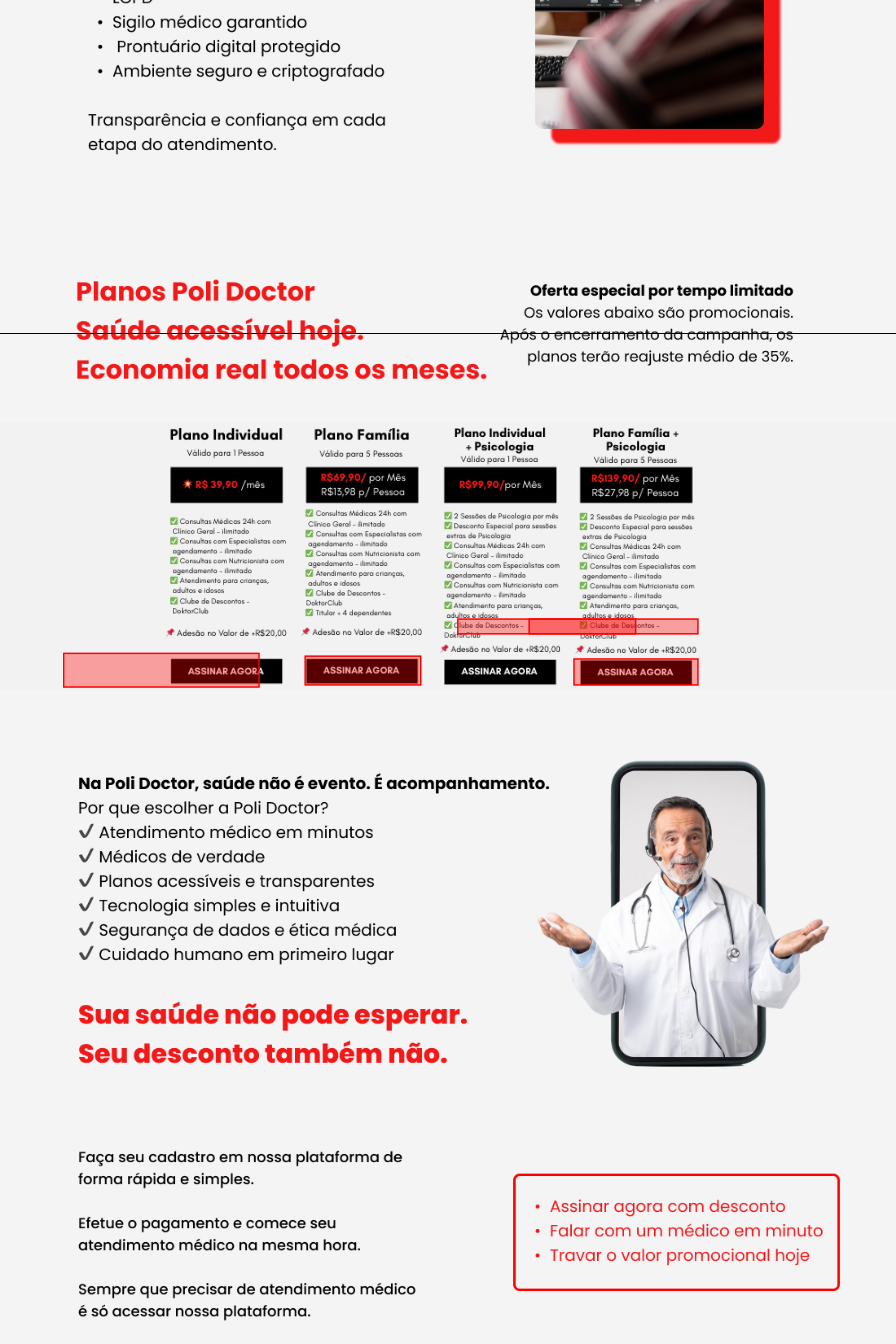
Repository: RenSkywalker/poli-doctor-landing
Page: index.html
These files come from the project's save history. The page is drawn as it stood at one moment and after the next save; the edit follows.
The browser window is 1280 px wide. The pictures show the part of the page from y = 2428 to 4348 px (the page is 4773 px tall), at 70% of full size.

Above is the page before, as saved 2026-02-13 23:42:09.

### index.html
<!DOCTYPE html>
<html lang="pt-BR">
<head>
  <meta charset="UTF-8">

  <title>Polidoctor | Telemedicina 24 horas - Sua consulta médica onde estiver</title>

  <meta name="description" content="Consulte agora mesmo e receba o que precisar direto no seu email ou WhatsApp. Consultas 24h rápidas, seguras, sem carência e sem filas. Atendimento médico online imediato.">

  <meta name="keywords" content="telemedicina 24h, consulta médica online, médico online, psicologia online, receita digital, plano de saúde digital, atendimento médico imediato">

  <meta name="author" content="Poli Doctor">
  <meta name="robots" content="index, follow">
  <meta name="viewport" content="width=device-width, initial-scale=1.0">

  <link rel="canonical" href="https://seudominio.com.br/">

  <!-- Open Graph -->
  <meta property="og:type" content="website">
  <meta property="og:title" content="Poli Doctor | Telemedicina 24h e Planos de Saúde Digital">
  <meta property="og:description" content="Consulta médica online 24h, receitas digitais e planos com psicologia. Atendimento rápido e seguro.">
  <meta property="og:image" content="https://seudominio.com.br/assets/images/og-image.jpg">
  <meta property="og:url" content="https://seudominio.com.br/">

  <!-- Twitter -->
  <meta name="twitter:card" content="summary_large_image">
  <meta name="twitter:title" content="Poli Doctor | Telemedicina 24h">
  <meta name="twitter:description" content="Consulta médica online 24h com receitas digitais e planos com psicologia.">
  <meta name="twitter:image" content="https://seudominio.com.br/assets/images/og-image.jpg">

  <link rel="icon" href="favicon.ico">
  <link rel="stylesheet" href="css/style.css">
</head>

<body>

<!-- SEO CONTENT -->
<section style="position:absolute; left:-9999px; width:1px; height:1px; overflow:hidden;">

<h1>Polidoctor | Telemedicina 24 horas</h1>

<h2>Consulta médica online sem filas e sem burocracia</h2>

<p>
Consulte agora mesmo e receba o que precisar direto no seu email ou WhatsApp.
Consultas 24h de forma rápida, segura, sem carência e sem filas.
Seja atendido agora mesmo por um médico. Atendimento Médico 24h.
Pronto atendimento online.
</p>

<p>
A Poli Doctor oferece atendimento médico online 24h, com emissão de receitas digitais,
atestados e encaminhamentos. Ideal para quem busca telemedicina rápida e segura.
</p>

<h2>Planos com psicologia e atendimento familiar</h2>
<p>
Planos individuais, premium e familiares com cobertura médica digital,
atendimento psicológico, consultas ilimitadas e ativação rápida.
</p>

<h2>Atendimento médico imediato por WhatsApp</h2>
<p>
Contrate seu plano de telemedicina e tenha acesso a médicos qualificados
com suporte digital completo.
</p>

</section>

<!-- HERO -->
<header class="hero">
  <div class="container hero-wrapper">

    <!-- BOTÕES NO HERO -->
    <div class="hero-top-buttons">
      <a href="https://telemedicina.clubedoktormed.com.br/login"
         target="_blank"
         class="hero-btn telemedicina">
         TELEMEDICINA
      </a>

      <a href="https://clubedoktormed.com.br/portal/cadastro-clubes?id_clube=410&page=convenios"
         target="_blank"
         class="hero-btn clube">
         CLUBE DE VANTAGENS
      </a>
    </div>

    <picture>
      <source srcset="assets/images/mobile/hero.png" media="(max-width: 768px)">
      <img src="assets/images/blocos/hero.jpeg"
           alt="Consultas médicas 24h por dia sem sair de casa"
           class="img-bloco">
    </picture>

    <a href="https://wa.me/5511949785121?text=Ol%C3%A1%20Polidoctor%2C%20quero%20contratar%20um%20plano.%20Pode%20me%20auxiliar%20com%20as%20op%C3%A7%C3%B5es%3F"
   target="_blank"
   class="hero-btn-link"
   aria-label="Contratar agora via WhatsApp">
</a>

  </div>
</header>

<!-- HEADLINE -->
<section>
  <div class="container">
    <picture>
      <source srcset="assets/images/mobile/headline.png" media="(max-width: 768px)">
      <img src="assets/images/blocos/headline.jpeg"
           alt="Consulta médica de verdade sem filas e sem burocracia"
           class="img-bloco">
    </picture>
  </div>
</section>

<!-- BLOCO INTRO -->
<section>
  <div class="container">
    <picture>
      <source srcset="assets/images/mobile/intro-box.png" media="(max-width: 768px)">
      <img src="assets/images/blocos/intro-box.jpeg"
           alt="Fale com um médico qualificado em minutos"
           class="img-bloco">
    </picture>
  </div>
</section>

<!-- POR QUE EXISTE -->
<section>
  <div class="container">
    <picture>
      <source srcset="assets/images/mobile/porque-existe.png" media="(max-width: 768px)">
      <img src="assets/images/blocos/porque-existe.jpeg"
           alt="Por que a Poli Doctor existe"
           class="img-bloco">
    </picture>
  </div>
</section>

<section>
  <div class="container">
    <picture>
      <source srcset="assets/images/mobile/porque-texto.png" media="(max-width: 768px)">
      <img src="assets/images/blocos/porque-texto.jpeg"
           alt="A Poli Doctor nasceu para simplificar o acesso à saúde"
           class="img-bloco">
    </picture>
  </div>
</section>

<!-- COMO FUNCIONA -->
<section id="como-funciona">
  <div class="container">
    <picture>
      <source srcset="assets/images/mobile/como-funciona.png" media="(max-width: 768px)">
      <img src="assets/images/blocos/como-funciona.jpeg"
           alt="Como funciona a Poli Doctor"
           class="img-bloco">
    </picture>
  </div>
</section>

<!-- SEGURANÇA -->
<section class="seguranca">
  <div class="container">
    <picture>
      <source srcset="assets/images/mobile/seguranca.png" media="(max-width: 768px)">
      <img src="assets/images/blocos/seguranca.jpeg"
           alt="Segurança, privacidade e LGPD"
           class="img-bloco">
    </picture>
  </div>
</section>

<!-- CONTEXTO -->
<section class="imagem-contexto">
  <div class="container">
    <picture>
      <source srcset="assets/images/mobile/contexto.png" media="(max-width: 768px)">
      <img src="assets/images/blocos/contexto.jpeg"
           alt="Saúde moderna simples e acessível"
           class="img-bloco">
    </picture>
  </div>
</section>

<!-- PLANOS -->
<section id="planos" class="planos">
  <div class="container planos-wrapper">

    <picture>
      <source srcset="assets/images/mobile/planos-header.png" media="(max-width: 768px)">
      <img src="assets/images/blocos/planos-header.png"
           alt="Planos Poli Doctor"
           class="img-bloco">
    </picture>

    <!-- BOTÕES -->
    <a href="https://wa.me/5511949785121?text=Ol%C3%A1%2C%20equipe%20da%20Poli%20Doctor.%0A%0ATenho%20interesse%20em%20contratar%20o%20plano%20individual%20com%20atendimento%20em%20psicologia%20e%20gostaria%20de%20receber%20mais%20informa%C3%A7%C3%B5es%20sobre%20valores%2C%20quantidade%20de%20sess%C3%B5es%20inclu%C3%ADdas%2C%20como%20funcionam%20os%20agendamentos%20e%20o%20prazo%20de%20ativa%C3%A7%C3%A3o.%0A%0ATamb%C3%A9m%20gostaria%20de%20confirmar%20se%20o%20plano%20contempla%20consultas%20m%C3%A9dicas%2C%20receitas%2C%20atestados%20e%20demais%20benef%C3%ADcios%20digitais.%0A%0APoderiam%20me%20orientar%20sobre%20as%20op%C3%A7%C3%B5es%20dispon%C3%ADveis%20e%20os%20pr%C3%B3ximos%20passos%20para%20contrata%C3%A7%C3%A3o%3F%0A%0AFico%20no%20aguardo.%20Obrigado%21"
target="_blank"
class="plano-link plano-1">
</a>
    <a href="https://wa.me/5511949785121?text=Ol%C3%A1%2C%20equipe%20da%20Poli%20Doctor.%0A%0ATenho%20interesse%20em%20contratar%20o%20plano%20fam%C3%ADlia%20de%20telemedicina%20e%20gostaria%20de%20entender%20melhor%20como%20funciona%20a%20cobertura%20para%20dependentes%2C%20valores%2C%20benef%C3%ADcios%20inclu%C3%ADdos%20%28consultas%2C%20receitas%2C%20atestados%20e%20encaminhamentos%29%20e%20prazo%20de%20ativa%C3%A7%C3%A3o.%0A%0APoderiam%20me%20orientar%20sobre%20as%20op%C3%A7%C3%B5es%20dispon%C3%ADveis%20e%20os%20pr%C3%B3ximos%20passos%20para%20contrata%C3%A7%C3%A3o%3F%0A%0AFico%20no%20aguardo.%20Obrigado%21"
target="_blank"
class="plano-link plano-3">
</a>

    <a href="https://wa.me/5511949785121?text=Ol%C3%A1%2C%20equipe%20da%20Poli%20Doctor.%0A%0ATenho%20interesse%20em%20contratar%20o%20plano%20individual%20com%20atendimento%20em%20psicologia%20e%20gostaria%20de%20receber%20mais%20informa%C3%A7%C3%B5es%20sobre%20valores%2C%20quantidade%20de%20sess%C3%B5es%20inclu%C3%ADdas%2C%20como%20funcionam%20os%20agendamentos%20e%20o%20prazo%20de%20ativa%C3%A7%C3%A3o.%0A%0ATamb%C3%A9m%20gostaria%20de%20confirmar%20se%20o%20plano%20contempla%20consultas%20m%C3%A9dicas%2C%20receitas%2C%20atestados%20e%20demais%20benef%C3%ADcios%20digitais.%0A%0APoderiam%20me%20orientar%20sobre%20as%20op%C3%A7%C3%B5es%20dispon%C3%ADveis%20e%20os%20pr%C3%B3ximos%20passos%20para%20contrata%C3%A7%C3%A3o%3F%0A%0AFico%20no%20aguardo.%20Obrigado%21"
target="_blank"
class="plano-link plano-5">
</a>
    <a href="https://wa.me/5511949785121?text=Ol%C3%A1%2C%20equipe%20da%20Poli%20Doctor.%0A%0ATenho%20interesse%20em%20contratar%20o%20plano%20fam%C3%ADlia%20de%20telemedicina%20e%20gostaria%20de%20entender%20melhor%20como%20funciona%20a%20cobertura%20para%20dependentes%2C%20valores%2C%20benef%C3%ADcios%20inclu%C3%ADdos%20%28consultas%2C%20receitas%2C%20atestados%20e%20encaminhamentos%29%20e%20prazo%20de%20ativa%C3%A7%C3%A3o.%0A%0APoderiam%20me%20orientar%20sobre%20as%20op%C3%A7%C3%B5es%20dispon%C3%ADveis%20e%20os%20pr%C3%B3ximos%20passos%20para%20contrata%C3%A7%C3%A3o%3F%0A%0AFico%20no%20aguardo.%20Obrigado%21"
target="_blank"
class="plano-link plano-7">
</a>
    <a href="https://wa.me/5511949785121?text=Ol%C3%A1%2C%20equipe%20da%20Poli%20Doctor.%0A%0ATenho%20interesse%20em%20contratar%20o%20plano%20fam%C3%ADlia%20com%20atendimento%20em%20psicologia%20e%20gostaria%20de%20receber%20mais%20informa%C3%A7%C3%B5es%20sobre%3A%0A%0A%E2%80%93%20Valores%20e%20n%C3%BAmero%20de%20dependentes%20inclusos%0A%E2%80%93%20Quantidade%20de%20sess%C3%B5es%20de%20psicologia%20por%20pessoa%0A%E2%80%93%20Cobertura%20m%C3%A9dica%20%28consultas%2C%20receitas%2C%20atestados%20e%20encaminhamentos%29%0A%E2%80%93%20Prazo%20e%20forma%20de%20ativa%C3%A7%C3%A3o%0A%0APoderiam%20me%20orientar%20sobre%20as%20op%C3%A7%C3%B5es%20dispon%C3%ADveis%20e%20os%20pr%C3%B3ximos%20passos%20para%20contrata%C3%A7%C3%A3o%3F%0A%0AFico%20no%20aguardo.%20Obrigado%21"
target="_blank"
class="plano-link plano-4">
</a>

  </div>
</section>

<!-- CTA FINAL -->
<section class="cta-final">
  <div class="container">
    <picture>
      <source srcset="assets/images/mobile/cta-final.png" media="(max-width: 768px)">
      <img src="assets/images/blocos/cta-final.jpeg"
           alt="Sua saúde não pode esperar"
           class="img-bloco">
    </picture>
  </div>
</section>

<section class="cta-final">
  <div class="container cta2-wrapper">

    <picture>
      <source srcset="assets/images/mobile/cta-final2.png" media="(max-width: 768px)">
      <img src="assets/images/blocos/cta-final2.jpeg"
           alt="Contratar agora"
           class="img-bloco">
    </picture>

    <a href="https://wa.me/5511949785121?text=Ol%C3%A1%20Polidoctor%2C%20quero%20contratar%20um%20plano.%20Pode%20me%20auxiliar%20com%20as%20op%C3%A7%C3%B5es%3F"
   target="_blank"
   class="cta-btn-link"
   aria-label="Contratar agora via WhatsApp">
</a>

  </div>
</section>

<!-- FOOTER -->
<footer>
  <img src="assets/images/logo-principal.png" alt="Poli Doctor" class="logo-footer">

  <p>
    © 2026 Poli Doctor. Todos os direitos reservados.
    Desenvolvido por
    <a href="https://renancursi79.wixsite.com/infinitx" target="_blank">Infinitx</a>
  </p>

  <a href="politica-de-privacidade.html">Política de Privacidade</a> |
  <a href="termos-de-uso.html">Termos de Uso</a>

  <small>Este serviço não substitui atendimento presencial em casos de emergência.</small>
</footer>

<script type="application/ld+json">
{
  "@context": "https://schema.org",
  "@type": "MedicalOrganization",
  "name": "Poli Doctor",
  "url": "https://seudominio.com.br",
  "logo": "https://seudominio.com.br/assets/images/logo-principal.png",
  "contactPoint": {
    "@type": "ContactPoint",
    "telephone": "+55-11-94978-5121",
    "contactType": "customer service",
    "areaServed": "BR",
    "availableLanguage": "Portuguese"
  },
  "sameAs": []
}
</script>

<script src="js/main.js"></script>
</body>
</html>

### css/style.css
html {
  scroll-behavior: smooth;
}

:root {
  --vermelho: #ff1a1a;
  --preto: #0f0f0f;
  --cinza-escuro: #1c1c1c;
  --cinza-claro: #fafafa;
  --branco: #ffffff;
}

/* RESET */
* {
  margin: 0;
  padding: 0;
  box-sizing: border-box;
  font-family: Arial, Helvetica, sans-serif;
}

body {
  background: var(--branco);
  color: var(--preto);
  line-height: 1.7;
  position: relative;
}

/* CONTAINER */
.container {
  max-width: none;
  padding: 0;
}

/* ================= HERO =================
.hero {
  background: var(--preto);
  color: var(--branco);
  text-align: center;
  position: relative;
}

.logo-topo {
  max-width: 240px;
  margin-bottom: 35px;
}

.hero h1 {
  font-size: 2.7rem;
  margin-bottom: 20px;
}

.hero p {
  max-width: 820px;
  margin: 0 auto 20px;
  font-size: 1.1rem;
  line-height: 1.8;
}
  */

/* BOTÕES */
.hero-buttons {
  display: flex;
  justify-content: center;
  gap: 18px;
  margin-top: 35px;
}

.btn {
  padding: 15px 30px;
  border-radius: 8px;
  font-weight: bold;
  text-decoration: none;
  transition: 0.3s;
  margin-top: 20px;
}

.primary {
  background: var(--vermelho);
  color: var(--branco);
}

.primary:hover {
  transform: translateY(-2px);
  opacity: 0.9;
}

.outline {
  border: 2px solid var(--branco);
  color: var(--branco);
}


.imagem-grid {
  display: grid;
  grid-template-columns: repeat(auto-fit, minmax(280px, 1fr));
  gap: 30px;
  align-items: center;
}

.imagem-grid img {
  border-radius: 14px;
  box-shadow: 0 15px 40px rgba(0,0,0,0.1);
  width: 100%;
  max-height: 360px;
  object-fit: cover;
}

.img-medico {
  width: 60%;
  justify-self: center;
}

.img-telemedicina {
  width: 100%;
  justify-self: center;
}

/* ================= SEÇÕES GERAIS ================= */
section p {
  max-width: 850px;
  margin: 0 auto 12px;
  font-size: 1.25rem;
  color: #222;
  text-align: center;
  font-weight: 400;
}

.text-destaque {
  font-size: 1.15rem;
  font-weight: bold;
  margin: 30px 0;
  text-align: center;
}

/* TÍTULOS */
h2 {
  text-align: center;
  margin-bottom: 25px;
  font-size: 2.1rem;
}

h3 {
  margin-bottom: 10px;
}

/* ================= BENEFÍCIOS =================
.beneficios {
  background: #ffffff;
  border-top: 1px solid #ffffff;
  border-bottom: 1px solid #ffffff;
}

.beneficios ul {
  list-style: none;
  text-align: center;
}

.beneficios li {
  margin-bottom: 10px;
  font-weight: 500;
}
  */

/* ================= LISTAS ================= */
ul {
  margin: 25px 0;
  padding: 0;
}

li {
  margin-bottom: 8px;
}

/* ================= COMO FUNCIONA ================= */
.steps {
  display: flex;
  justify-content: space-around;
  gap: 30px;
}

.step {
  text-align: center;
}

.step span {
  background: var(--vermelho);
  color: var(--branco);
  width: 45px;
  height: 45px;
  display: inline-flex;
  align-items: center;
  justify-content: center;
  border-radius: 50%;
  margin-bottom: 10px;
  font-weight: bold;
}

/* ================= SEGURANÇA =================
.seguranca ul {
  list-style: none;
  text-align: center;
}

.seguranca li {
  margin-bottom: 10px;
}

.imagem-contexto {
  background: #ffffff;
  border-top: 1px solid #ffffff;
  border-bottom: 1px solid #ffffff;
}

.imagem-contexto-grid {
  display: grid;
  grid-template-columns: 1fr 1fr;
  gap: 40px;
  align-items: center;
}

.imagem-contexto img {
  width: 100%;
  border-radius: 14px;
  box-shadow: 0 15px 40px rgba(0,0,0,0.12);
}
  */

/* ================= PLANOS ================= */
.plano {
  border: 2px solid var(--vermelho);
  border-radius: 14px;
  padding: 40px 30px;
  text-align: center;
  background: var(--branco);
  margin: 40px 0;
  transition: 0.3s;
}

.plano:hover {
  transform: translateY(-4px);
}

.plano.destaque {
  border: 2px solid var(--vermelho);
}

.preco {
  font-size: 1.7rem;
  color: var(--vermelho);
  margin: 20px 0;
}

.preco-antigo {
  display: block;
  font-size: 1rem;
  color: #999;
  text-decoration: line-through;
  margin-top: 5px;
}

.plano ul {
  list-style: none;
  margin-bottom: 20px;
}

.plano .btn {
  width: 100%;
  margin-top: 30px;
}

.plano p {
  margin-bottom: 18px;
}


/* ================= TABELA ================= */
table {
  width: 100%;
  border-collapse: collapse;
  margin-top: 35px;
  font-size: 0.95rem;
}

table th {
  background: var(--preto);
  color: var(--branco);
  padding: 14px;
}

table td {
  padding: 14px;
  text-align: center;
  border-bottom: 1px solid #eee;
}

table tr:nth-child(even) {
  background: #fafafa;
}

table tr:hover {
  background: #f1f1f1;
}

/* ================= CTA FINAL =================
.cta-final {
  background: var(--preto);
  color: var(--branco);
  text-align: center;
}

.cta-final p {
  margin-top: 20px;
  font-size: 1.05rem;
}

.large {
  font-size: 1.2rem;
}
  */

/* ================= FOOTER ================= */
footer {
  background: url("../assets/images/blocos/footer-bg.jpeg") center / cover no-repeat;
  color: var(--branco);
  text-align: center;
  padding: 50px 20px;
}

.logo-footer {
  max-width: 160px;
  margin-bottom: 15px;
}

footer a {
  color: var(--branco);
  margin: 0 5px;
  text-decoration: none;
}

footer small {
  display: block;
  margin-top: 12px;
  font-size: 0.85rem;
}

.tabela-wrapper {
  width: 100%;
  overflow-x: auto;
  -webkit-overflow-scrolling: touch;
  margin-top: 30px;
}

.tabela-wrapper table {
  min-width: 600px;
}

/* ================= IMAGENS DE BLOCO ================= */
.img-bloco {
  display: block;
  width: 100%;
  max-width: 100%;
  height: auto;
  margin: 0;
  border-radius: 0;
}

.hero-wrapper {
  position: relative;
}

.hero-btn-link {
  position: absolute;
  /* ajuste fino aqui */
  left: 51%;
  top: 79%;
  width: 25%;
  height: 15%;
  cursor: pointer;
}

.cta2-wrapper {
  position: relative;
}

.cta-btn-link {
  position: absolute;
  /* ajuste fino aqui */
  left: 58%;
  top: 15%;
  width: 37%;
  height: 36%;
  cursor: pointer;
}

/* ================= PLANOS - BOTÕES INVISÍVEIS ================= */

.planos-wrapper {
  position: relative;
}

.plano-link {
  position: absolute;
  cursor: pointer;
  background: rgba(255, 0, 0, 0.35); /* vermelho transparente */
  border: 2px solid red;
}

/* 🔴 LINHA SUPERIOR (4 planos) */
.plano-1 {
  left: 59%;
  top: 73%;
  width: 19%;
  height: 6%;
}

.plano-3 {
  left: 51%;
  top: 73%;
  width: 20%;
  height: 6%;
}

.plano-4 {
  left: 64%;
  top: 88%;
  width: 14%;
  height: 10%;
}

/* 🔴 LINHA INFERIOR (CTAs) */
.plano-5 {
  left: 7%;
  top: 86%;
  width: 22%;
  height: 13%;
}

.plano-7 {
  left: 34%;
  top: 87%;
  width: 13%;
  height: 11%;
}

html, body {
  width: 100%;
  overflow-x: hidden;
}

/* ================= BOTÕES FIXOS TOPO ================= */

/* BOTÕES NO TOPO DO HERO */
.hero-top-buttons {
  position: absolute;
  top: 20px;
  right: 20px;
  display: flex;
  flex-direction: column;
  gap: 10px;
  z-index: 10;
}

.hero-btn {
  padding: 8px 16px;
  font-size: 12px;
  font-weight: bold;
  border-radius: 6px;
  text-decoration: none;
  text-align: center;
  min-width: 160px;
}

/* CORES */
.hero-btn.telemedicina {
  background: var(--vermelho);
  color: #fff;
}

.hero-btn.clube {
  background: var(--preto);
  color: #fff;
}


/* ================= MOBILE ================= */
@media (max-width: 768px) {

 /* remove qualquer limitação de layout */
  section,
  header,
  .container,
  .imagem-contexto-grid {
    display: block !important;
    width: 100vw !important;
    max-width: 100vw !important;
    padding: 0 !important;
    margin: 0 !important;
  }

  /* TODAS as imagens crescem */
  picture,
  picture img,
  .img-bloco {
    width: 100vw !important;
    max-width: 100vw !important;
    height: auto !important;
    display: block;
  }

  .hero-top-buttons {
  top: 10px;
  right: 10px;
}

.hero-btn {
  font-size: 10px;
  padding: 6px 10px;
  min-width: 130px;
 }
}

Loaded but not shown: js/main.js (2 lines, source omitted)

After the next save:
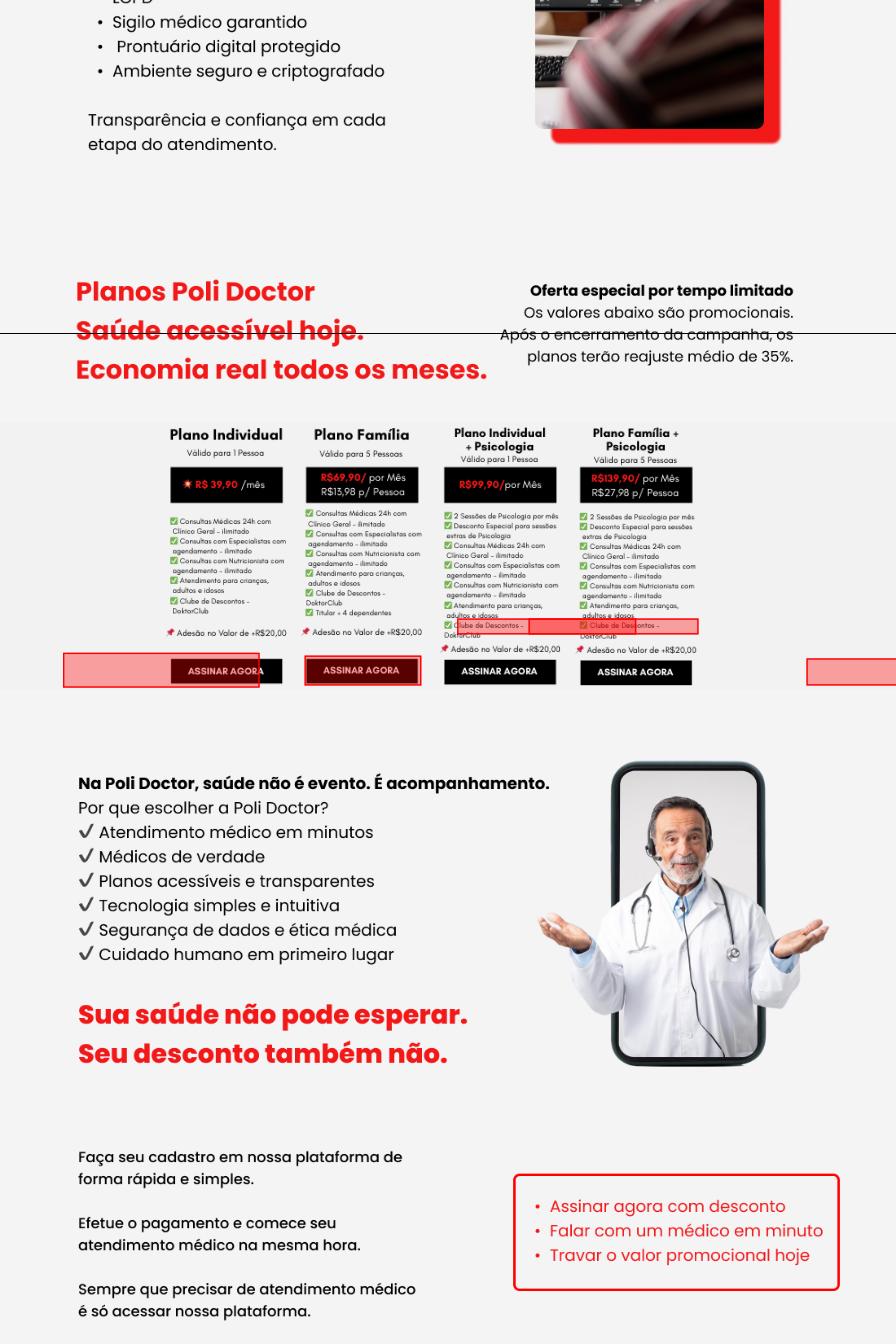
Saved 5 min 9 s later.
--- a/css/style.css
+++ b/css/style.css
@@ -421,7 +421,7 @@
 }
 
 .plano-4 {
-  left: 64%;
+  left: 90%;
   top: 88%;
   width: 14%;
   height: 10%;

After the save that followed:
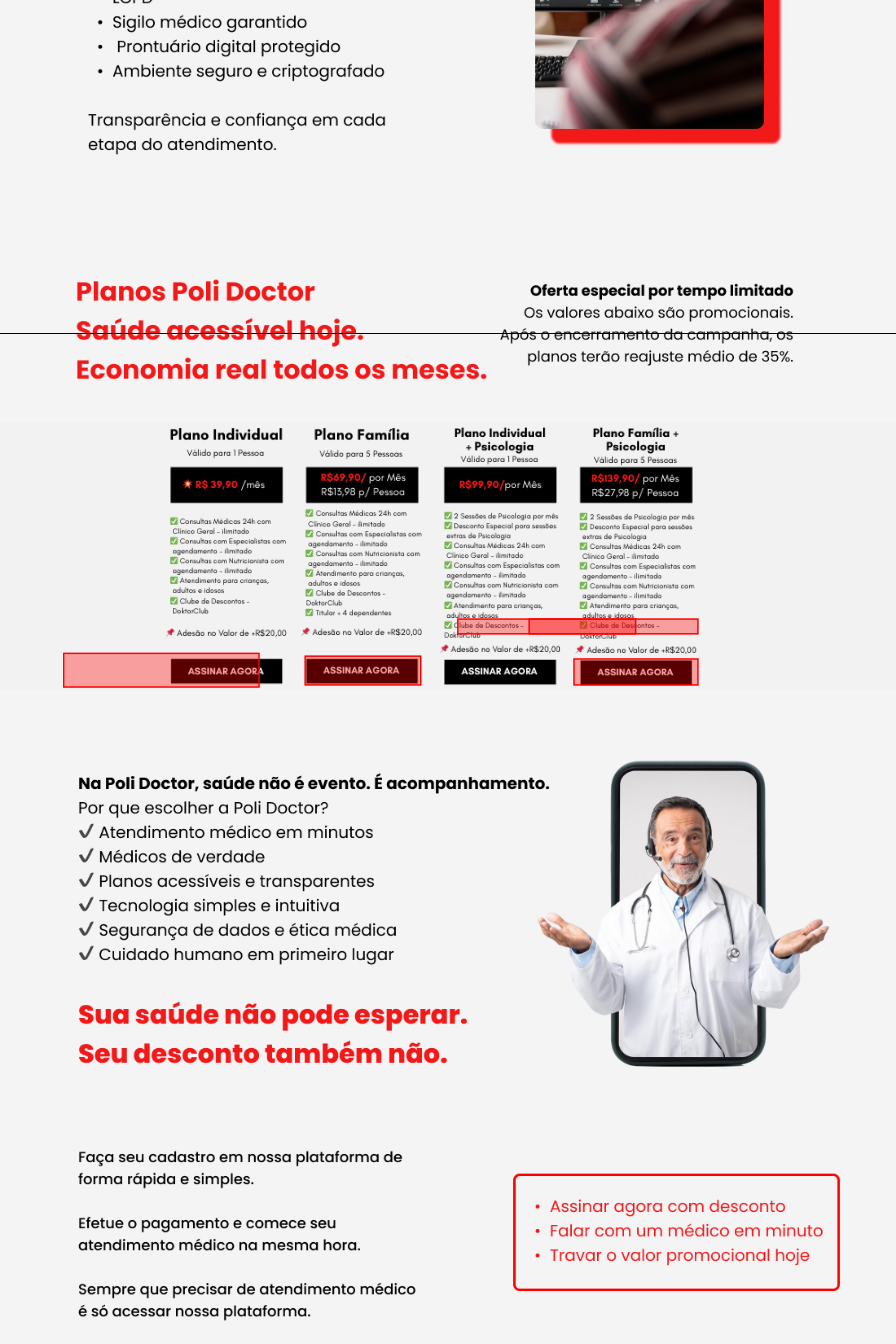
Saved 5 s later.
--- a/css/style.css
+++ b/css/style.css
@@ -421,7 +421,7 @@
 }
 
 .plano-4 {
-  left: 90%;
+  left: 64%;
   top: 88%;
   width: 14%;
   height: 10%;
